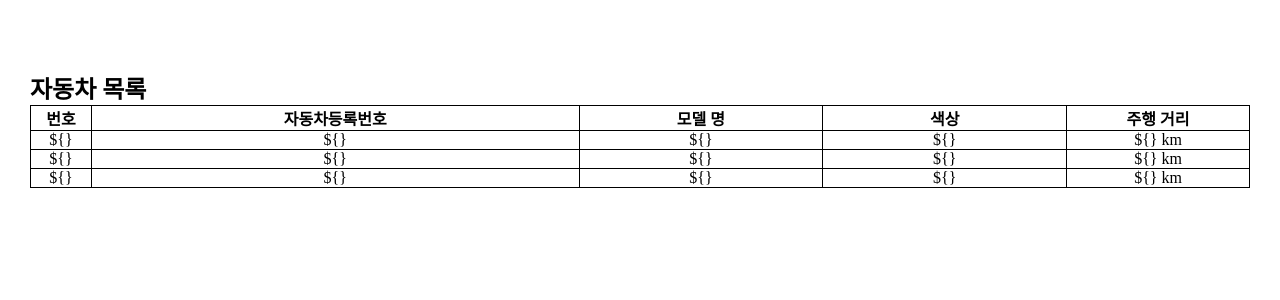
Repository: HI-CLAIRE/s.s.a.f.y_java
Page: Vue.js/Homework/vue_ws_02_1-master/list.html
An editor plug-in stored every save of this project. The page is shown before and after the next save, followed by the edit.
The browser window is 1280 px wide. The pictures show the whole page.

Above is the page before, as saved 2022-11-08 08:57:06.

After the next save:
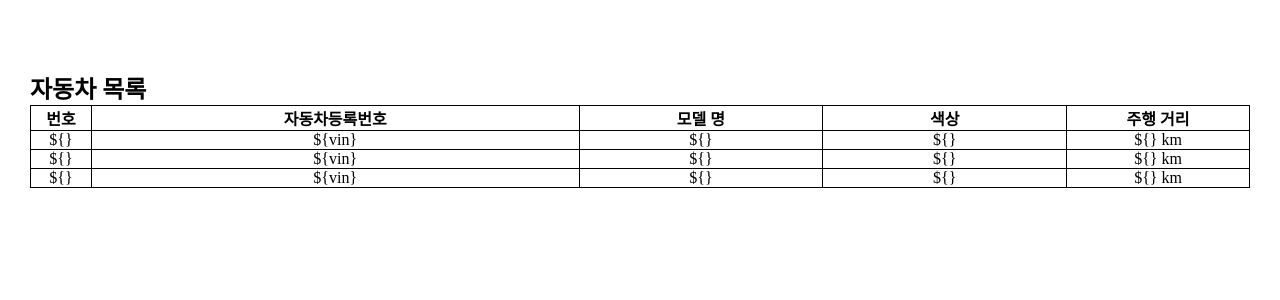
Saved 22 s later.
--- a/Vue.js/Homework/vue_ws_02_1-master/list.html
+++ b/Vue.js/Homework/vue_ws_02_1-master/list.html
@@ -43,7 +43,7 @@
               <!-- 반복문을 통해 출력한다. -->
               <tr v-for="(car, index) in cars" :key="index">
                 <td>${}</td>
-                <td>${}</td>
+                <td>${vin}</td>
                 <td>${}</td>
                 <td>${}</td>
                 <td>${} km</td>
